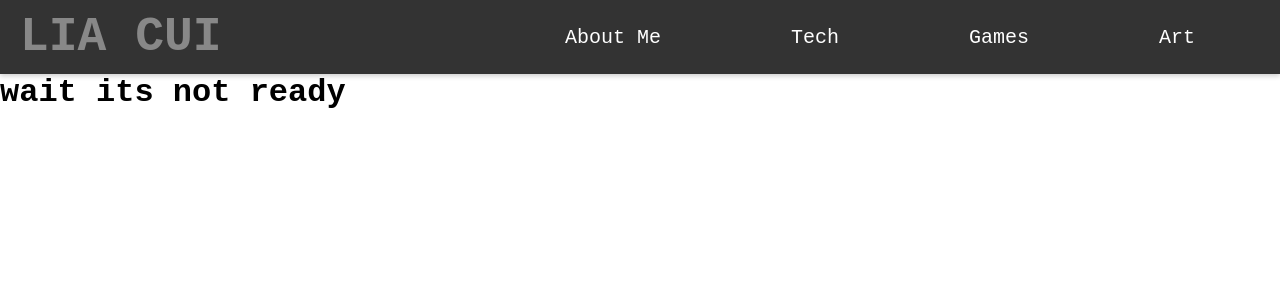
Repository: ljcui1/Lia-Cui-Portfolio
Page: subpages/games_index.html
The author's editor kept a copy of each file at every save. The page is drawn from the files as they stood at one save, then again after the next save.
The browser window is 1280 px wide. The pictures show the whole page.

Above is the page before, as saved 2026-01-15 11:43:03.

### subpages/games_index.html
<!DOCTYPE html>
<html lang="en">
<head>
    <meta charset="UTF-8">
    <meta name="viewport" content="width=device-width, initial-scale=1.0">
    <title>Lia Cui's Games Portfolio</title>
    <link rel="stylesheet" href="../style.css">
</head>
<body>
    <header>
        <div id="logo">
            <h1>
                LIA CUI
            </h1>
        </div>
        <nav>
            <ul>
                <li><a href="../index.html">About Me</a></li>
                <li><a href="tech_index.html">Tech</a></li>
                <li><a href="games_index.html" class="currPage">Games</a></li>
                <li><a href="art_index.html">Art</a></li>
            </ul>
        </nav>
    </header>
    <h1>wait its not ready</h1>
</body>
</html>

### style.css
@import url('https://fonts.googleapis.com/css2?family=Source+Code+Pro:ital,wght@0,200..900;1,200..900&display=swap');

.source-code-pro- {
  font-family: "Source Code Pro", monospace;
  font-optical-sizing: auto;
  font-weight: 10;
  font-style: normal;
}

* {
    margin: 0;
    padding: 0;
    box-sizing: border-box;
    /*set background color*/
}

body {
    font-family: 'Source Pro Code', monospace;
}

/*header styling*/
header {
    /*temp colors*/
    background-color: #333;
    color: white;
    padding: 10px 0;
    display: flex;
    justify-content: space-between;
    align-items: center;
    box-shadow: 0 2px 5px rgba(0, 0, 0, 0.2);
}

#logo {
    color: #888;
    padding-left: 20px;
    font-size: 1.5em;
    font-weight: bold;
}

/*navbar styling*/
nav ul { /*specifically styling the unordered list in the navbar*/
    list-style-type: none; /*removes bullet points + other styling*/
    display: flex; /*flexboxes allow for horizontal display*/
    padding-right: 20px;
}

nav ul li a { /*specifically styling the unordered list item links in the navbar*/
    color: white;
    text-decoration: none;
    font-size: 20px;
    margin-left: 50px;
    margin-right: 50px;
    padding: 10px 15px;
    display: block; /*makes entire padding area clickable to corresponding link*/
    transition: background-color 0.3s;
}

nav ul li a:hover { /*specifically styling the hover state of the unordered list item links in the navbar*/
    background-color: #555;
}

After the next save:
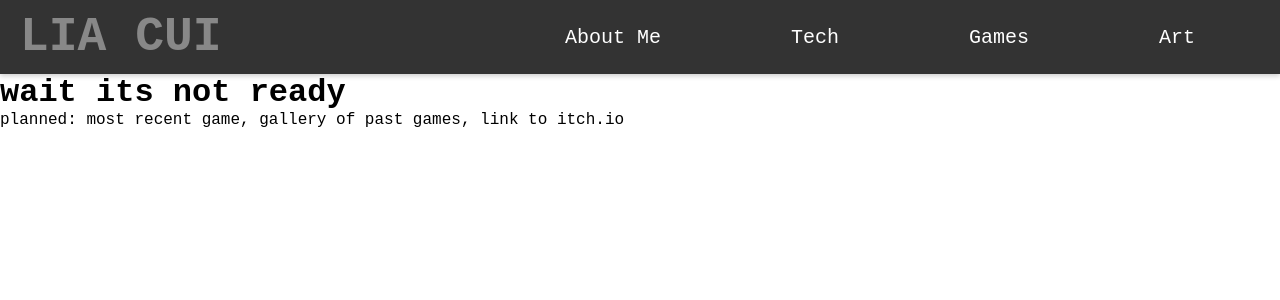
Saved 36 s later.
--- a/subpages/games_index.html
+++ b/subpages/games_index.html
@@ -23,5 +23,6 @@
         </nav>
     </header>
     <h1>wait its not ready</h1>
+    <p>planned: most recent game, gallery of past games, link to itch.io</p>
 </body>
 </html>
